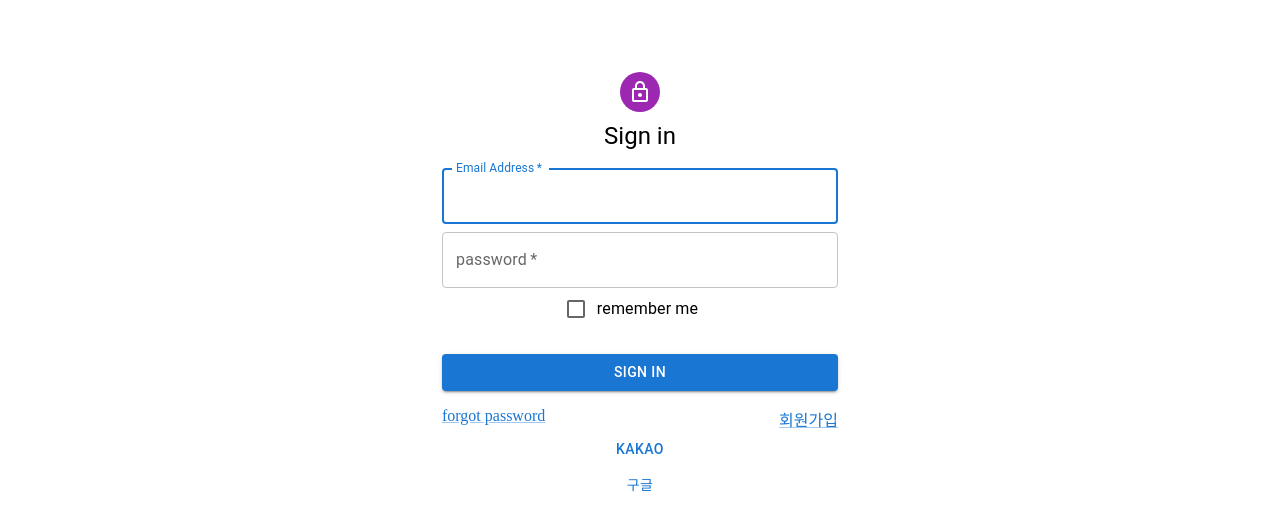
Repository: chlwpdnswku/nextjsportpolioclone
Page: /
The author's editor kept a copy of each file at every save. The page is drawn from the files as they stood at one save, then again after the next save.
The browser window is 1280 px wide. The pictures show the whole page.
The project was rebuilt for these pictures with package versions that can differ from the ones it lists, and the page was loaded fresh each time. The framework's server and built-in components were replaced by stand-ins that run in the browser. Also part of the build but not shown: next.config.js.

Above is the page before, as saved 2022-08-06 15:59:35.

### pages/index.tsx
import Login from '../component/login';

import React from 'react';

export default function index() {
  return <Login />;
}

### component/login.tsx
import React, { useState } from 'react';
import type { NextPage } from 'next';
import Head from 'next/head';
import Image from 'next/image';
import styles from '../styles/Home.module.css';
import {
  Button,
  FormControl,
  FormControlLabel,
  Link,
  TextField,
  Grid,
  Typography,
  Avatar,
  Box,
  Container,
} from '@mui/material';
import LockOutlinedIcon from '@mui/icons-material/LockOutlined';
import Checkbox from '@mui/material/Checkbox';

const Home: NextPage = () => {
  return (
    <Container component='main' maxWidth='xs'>
      <Box
        sx={{
          marginTop: 8,
          display: 'flex',
          flexDirection: 'column',
          alignItems: 'center',
        }}
      >
        {/* Typography는 text폰트를 지정할수 있도록 하는 것 h1 테그로 감싸지고 variant h5 는 mui에서 지정한 h5디자인 적용  */}
        {/* Avata를 통해 아이콘을 원형으로 하기 sx제거해도 자동으로 margin 1만큼  */}
        <Avatar sx={{ m: 1, bgcolor: 'secondary.main' }}>
          {' '}
          <LockOutlinedIcon />
        </Avatar>

        <Typography component='h1' variant='h5'>
          Sign in
        </Typography>
        {/* 필수입력 required */}
        <TextField
          margin='normal'
          label='Email Address'
          required
          fullWidth
          name='email'
          autoComplete='email'
          autoFocus
        />
        <TextField
          label='password'
          type='password'
          required
          fullWidth
          name='password'
          autoComplete='current-password'
        />
        {/* 체크박스를 누를때 옆에 텍스트를 클릭했을때에도 체크박스가 체크가 된다 !*/}
        <FormControlLabel
          control={<Checkbox value='remember' color='primary'></Checkbox>}
          label='remember me'
        ></FormControlLabel>

        {/* 서버로 보내는 서브밋 타이틀을 만들어줌.  sx props 디자인을 간단히 고치고싶을때 css 효과*/}
        <Button
          type='submit'
          fullWidth
          variant='contained'
          sx={{ mt: 3, mb: 2 }}
        >
          SIGN IN
        </Button>
        <Grid container>
          <Grid item xs>
            <Link href='#'>forgot password</Link>
          </Grid>

          <Grid item>
            {' '}
            <Link href='#'>회원가입</Link>
          </Grid>
        </Grid>
        <Button>Kakao</Button>
        <Button>구글</Button>
      </Box>
    </Container>
  );
};

export default Home;

Loaded but not shown: pages/_app.tsx (common file); styles/globals.css (no stored copy; drawn as an empty file)

After the next save:
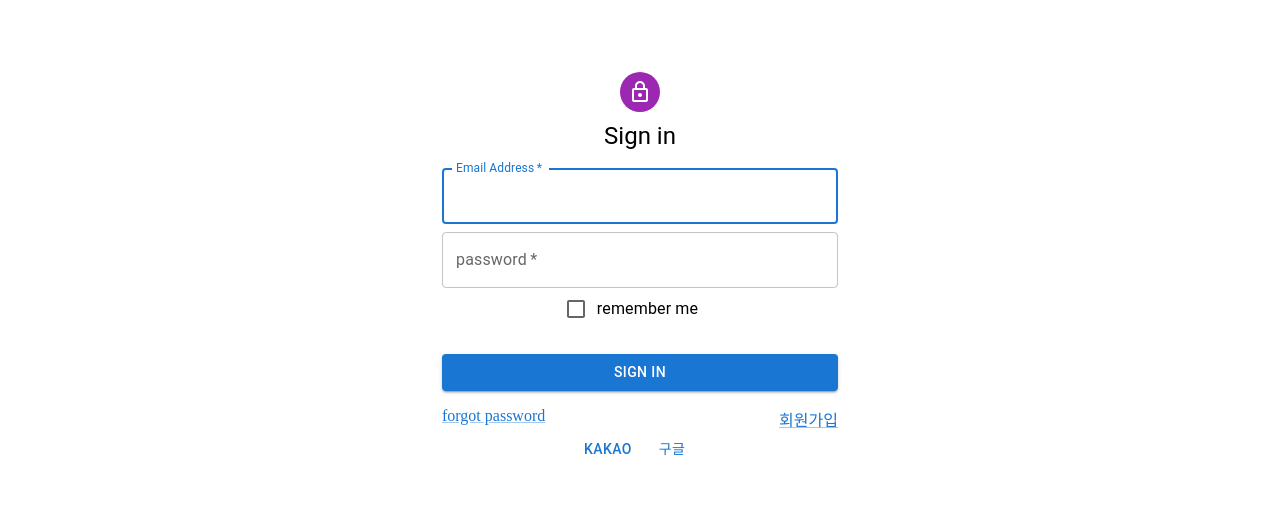
Saved 38 s later.
--- a/component/login.tsx
+++ b/component/login.tsx
@@ -82,8 +82,11 @@ const Home: NextPage = () => {
             <Link href='#'>회원가입</Link>
           </Grid>
         </Grid>
-        <Button>Kakao</Button>
-        <Button>구글</Button>
+        <Grid>
+          {' '}
+          <Button>Kakao</Button>
+          <Button>구글</Button>
+        </Grid>
       </Box>
     </Container>
   );
